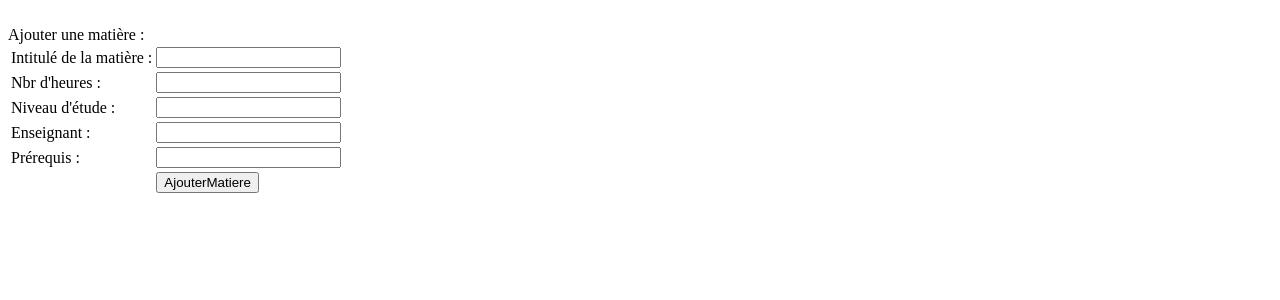
Repository: eyaajili/j2ee
Page: http://localhost/projet_j2ee/addRestaurant.jsp
An editor plug-in stored every save of this project. The page is shown before and after the next save, followed by the edit.
The browser window is 1280 px wide. The pictures show the whole page.
The page is served by Tomcat 9. Other server files are loaded and not shown.

Above is the page before, as saved 2023-04-29 05:35:41.

### projet j2ee/src/main/webapp/addRestaurant.jsp
<%@ page language="java" contentType="text/html; charset=ISO-8859-1"
    pageEncoding="ISO-8859-1"%>
<!DOCTYPE html>
<html>
<head>
<meta charset="ISO-8859-1">
<title>New subject</title>
</head>
	<body>

	   <br/>
	   Ajouter une matière : <br/>

	   <form method="get" action="Controller">
			<table>
				<tr>
					<td> Intitulé de la matière : </td>
					<td> <input name="intitule" type="text"> </td>
				</tr>
				<tr>
					<td> Nbr d'heures : </td>
					<td> <input name="nbrHeures" type="text"> </td>
				</tr>
				<tr>
					<td> Niveau d'étude : </td>
					<td> <input name="niveau" type="text"> </td>
				</tr>
				<tr>
					<td> Enseignant : </td>
					<td> <input name="enseignant" type="text"> </td>
				</tr>
				<tr>
					<td> Prérequis : </td>
					<td> <input name="prerequis" type="text" maxlength="4" > </td>
				</tr>
				<tr>
					<td> </td>
					<td> <input name="action" value="AjouterMatiere" type="submit"> </td>
				</tr>
			</table>

		</form>
	</body>
</html>

After the next save:
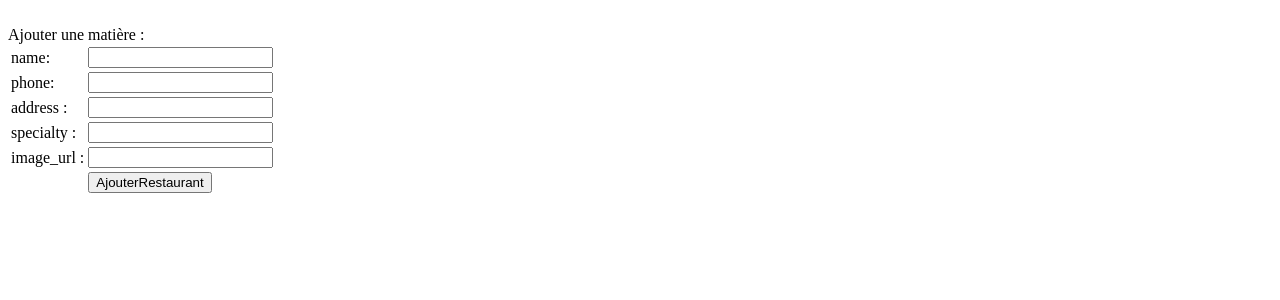
Saved 2 min 16 s later.
--- a/projet j2ee/src/main/webapp/addRestaurant.jsp
+++ b/projet j2ee/src/main/webapp/addRestaurant.jsp
@@ -11,31 +11,31 @@
 	   <br/>
 	   Ajouter une matière : <br/>
 
-	   <form method="get" action="Controller">
+	   <form method="get" action="Servlet">
 			<table>
 				<tr>
-					<td> Intitulé de la matière : </td>
-					<td> <input name="intitule" type="text"> </td>
+					<td> name: </td>
+					<td> <input name="name" type="text"> </td>
 				</tr>
 				<tr>
-					<td> Nbr d'heures : </td>
-					<td> <input name="nbrHeures" type="text"> </td>
+					<td> phone: </td>
+					<td> <input name="phone" type="text"> </td>
 				</tr>
 				<tr>
-					<td> Niveau d'étude : </td>
-					<td> <input name="niveau" type="text"> </td>
+					<td> address : </td>
+					<td> <input name="address" type="text"> </td>
 				</tr>
 				<tr>
-					<td> Enseignant : </td>
-					<td> <input name="enseignant" type="text"> </td>
+					<td> specialty : </td>
+					<td> <input name="specialty" type="text"> </td>
 				</tr>
 				<tr>
-					<td> Prérequis : </td>
-					<td> <input name="prerequis" type="text" maxlength="4" > </td>
+					<td> image_url : </td>
+					<td> <input name="image_url" type="text" maxlength="4" > </td>
 				</tr>
 				<tr>
 					<td> </td>
-					<td> <input name="action" value="AjouterMatiere" type="submit"> </td>
+					<td> <input name="action" value="AjouterRestaurant" type="submit"> </td>
 				</tr>
 			</table>
 
